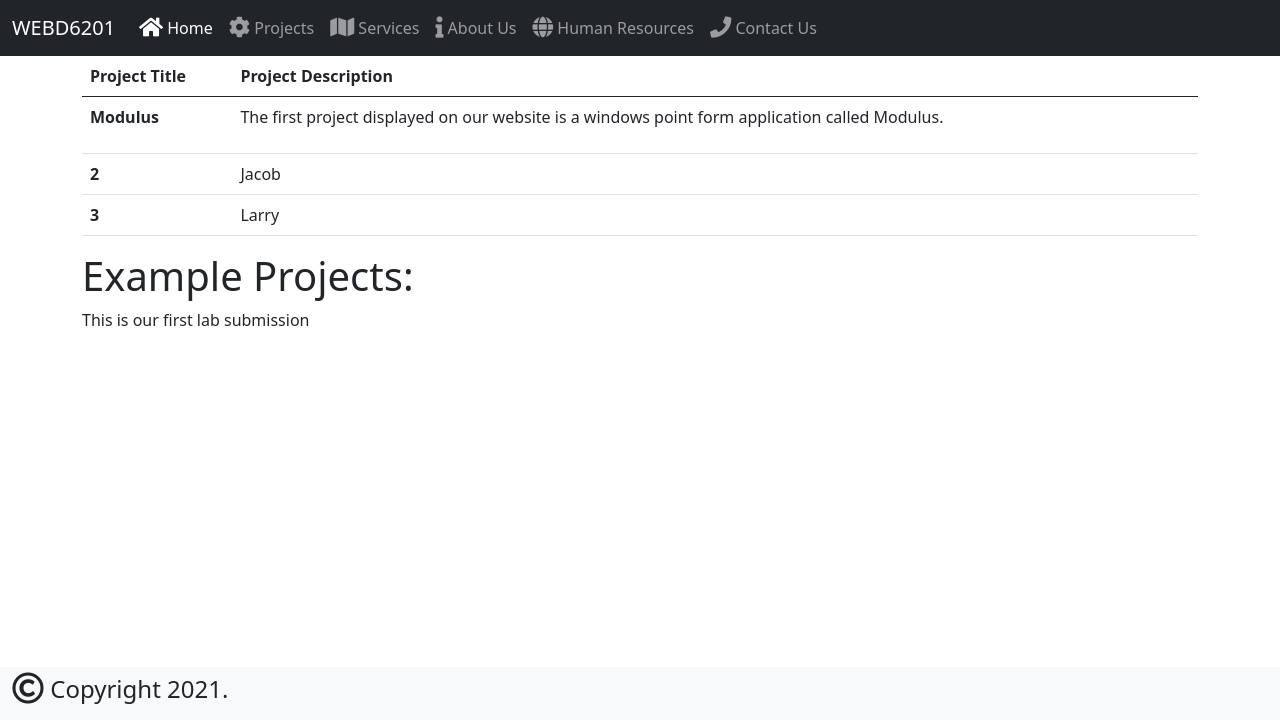
Repository: Sub4Sub/Lab_1
Page: products.html
The author's editor kept a copy of each file at every save. The page is drawn from the files as they stood at one save, then again after the next save.
The browser window is 1280 px wide. The pictures show the whole page.

Above is the page before, as saved 2021-02-05 16:01:54.

### products.html
<!DOCTYPE html>
<html lang="en">
<head>
    <meta charset="UTF-8">
    <meta name="viewport" content="width=device-width, initial-scale=1.0">
    <title>Products</title>
    <!-- CSS Section -->
    <link rel="stylesheet" href="./node_modules/bootstrap/dist/css/bootstrap.min.css">
    <link rel="stylesheet" href="./node_modules/@fortawesome/fontawesome-free/css/all.min.css">
    <link rel="stylesheet" href="./Content/app.css">
</head>
<body>
    <!-- Main Header -->

    <!-- Main Content -->
    <main class="container">
      <table class="table">
        <thead>
          <tr>
            <th scope="col">Project Title</th>
            <th scope="col">Project Description</th>
          </tr>
        </thead>
        <tbody>
          <tr>
            <th scope="row">Modulus</th>
            <td>
              <p>
                The first project displayed on our website is a windows point form application called Modulus.
              </p>
            </td>
          </tr>
          <tr>
            <th scope="row">2</th>
            <td>Jacob</td>
          </tr>
          <tr>
            <th scope="row">3</th>
            <td>Larry</td>
          </tr>
        </tbody>
      </table>
    </main>



    <!-- Script Section-->
    <script src="./node_modules/jquery/dist/jquery.min.js"></script>
    <script src="./node_modules/bootstrap/dist/js/bootstrap.bundle.min.js"></script>
    <script src="./Scripts/app.js"></script>
</body>
</html>

### Scripts/app.js
/*
* Name: Brett Tindall & Emeka Okoisama
* Student Id: 100708109 &
* Date Completed: 2021-02-05
*/

"use strict";

//IIFE - Immediately Invoked Function Expression
(function()
{

    /*
      Function that displays the home page's content
    */
    function displayHome()
    {
        let indexHeading = document.createElement("h1");

        indexHeading.setAttribute("id", "indexHeading");
        indexHeading.textContent = `Welcome to lab 1`;

        let mainContent = document.querySelector("main");
        mainContent.appendChild(indexHeading);

        let newDivTag = document.createElement("div");
        newDivTag.innerHTML =
        `<h4>By Brett Tindall and Emeka Okoisama</h4>
        <p id="paragraphThree"> This is our first lab submission </p>`;


        mainContent.append(newDivTag);


    }

    function displayProjects()
    {
        let projectHeading = document.createElement("h1");

        projectHeading.setAttribute("id", "projectHeading");
        projectHeading.textContent = `Example Projects:`;

        let mainContent = document.querySelector("main");
        mainContent.appendChild(projectHeading);

        let newDivTag = document.createElement("div");
        newDivTag.innerHTML =
        `<p id="paragraphThree"> This is our first lab submission </p>`;


        mainContent.append(newDivTag);


    }

    /*
      Function that displays the contact page's content
    */
    function displayContact()
    {
      let contactHeading = document.createElement("h1");

      contactHeading.setAttribute("id", "contactHeading");
      contactHeading.textContent = "Enter a Contact";

      let mainContent = document.querySelector("main");
      mainContent.appendChild(contactHeading);

      let newDivTag = document.createElement("div");
      newDivTag.innerHTML =
      `<div id="messageArea"></div>

      <div class="row justify-content-lg-center g-3">
        <form class="col-lg-6 col-md-10 col-sm-10">

          <div class="input-group mb-3">
            <span class="input-group-text" id="inputGroup-sizing-default">Full Name </span>
            <input id="fullName" type="text" class="form-control" aria-label="Full Name" aria-describedby="Full Name Input"
            name="fullName" required>
          </div>

          <div class="input-group mb-3">
            <span class="input-group-text" id="inputGroup-sizing-default">Contact Number</span>
            <input id="contactNumber" type="tel" class="form-control" aria-label="Contact Number" aria-describedby="Contact Number Input"
            name="contactNumber" required>
          </div>

          <div class="input-group mb-3">
            <span class="input-group-text" id="inputGroup-sizing-default">Email</span>
            <input id="emailAddress" type="email" class="form-control" aria-label="Email Address" aria-describedby="Email Address Input"
            name="emailAddress" required>
          </div>

          <button id="sendButton" type="submit" class="btn btn-primary"><i class="fas fa-envelope fa-lg"></i> Send</button>
          <button id="cancelButton" type="reset" class="btn btn-warning"><i class="fas fa-undo fa-lg"></i> Cancel</button>
        </form>
      </div>`;

      mainContent.append(newDivTag);


      let sendButton = document.getElementById("sendButton");

        sendButton.addEventListener("click", function(event){

          window.location.href = './index.html';

        });

    }

    /*
      Function that displays the fixed footer at the bottom of the page
    */
   function displayHeader()
   {
     let mainContent = document.querySelector("body");

     //let sendButton = document.getElementById("body");

     let newFooterTag = document.createElement("header");

     newFooterTag.innerHTML =
     `
     <header>
      <!-- Main Navigation -->
      <nav class="navbar navbar-expand-lg navbar-dark bg-dark">
          <div class="container-fluid">
            <a class="navbar-brand" href="index.html">WEBD6201</a>
            <button class="navbar-toggler" type="button" data-bs-toggle="collapse" data-bs-target="#navbarSupportedContent" aria-controls="navbarSupportedContent" aria-expanded="false" aria-label="Toggle navigation">
              <span class="navbar-toggler-icon"></span>
            </button>
            <div class="collapse navbar-collapse" id="navbarSupportedContent">
              <ul class="navbar-nav me-auto mb-2 mb-lg-0" id ="headerList">
                <li class="nav-item">
                  <a class="nav-link active" aria-current="page" href="index.html"><i class="fas fa-home fa-lg"></i> Home</a>
                </li>

                <li class="nav-item">
                  <a class="nav-link" id="productsLink" aria-current="page" href="products.html"><i class="fas fa-cog fa-lg"></i> Products</a>
                </li>

                <li class="nav-item">
                  <a class="nav-link" aria-current="page" href="services.html"><i class="fas fa-map fa-lg"></i> Services</a>
                </li>

                <li class="nav-item" id="aboutUsList">
                  <a class="nav-link" id="aboutUsLink" aria-current="page" href="about.html"><i class="fas fa-info fa-lg"></i> About Us</a>
                </li>

                <li class="nav-item">
                  <a class="nav-link" aria-current="page" href="contact.html"><i class="fas fa-phone fa-lg"></i> Contact Us</a>
                </li>
              </ul>
            </div>
          </div>
        </nav>
  </header>
     `

     mainContent.prepend(newFooterTag);

   }

    /*
      Function that displays the fixed footer at the bottom of the page
    */
    function displayFooter()
    {
      let mainContent = document.querySelector("main");

      let newFooterTag = document.createElement("footer");

      newFooterTag.innerHTML =
      `
      <footer>
        <nav class="navbar fixed-bottom navbar-light bg-light">
            <div class="container-fluid">
              <h4><i class="far fa-copyright fa-lg"></i> Copyright 2021.</h4>
            </div>
          </nav>
    </footer>
      `

      mainContent.append(newFooterTag);

    }

    /*
      Function that adds a button to the human resources page
    */
    function addHumanResourcesButton()
    {

      let aboutUsLink = document.getElementById("aboutUsList");

      let newListItem = document.createElement("li");

      newListItem.innerHTML =
      `
      <li class="nav-item">
        <a class="nav-link" id="HumanResourcesLink" aria-current="page" href="human-resources.html"><i class="fas fa-globe fa-lg"></i> Human Resources</a>
      </li>
      `

      aboutUsLink.after(newListItem);

    }

    /*
      Function that changes the products button's text to projects
    */
   function alterProductsButton()
   {

    let productsButton = document.getElementById("headerList").childNodes[3];

    //productsButton.textContent = "Projects";

    let newListItem = document.createElement("li");

    newListItem.innerHTML =
   `
   <li class="nav-item">
               <a class="nav-link" aria-current="page" href="products.html"><i class="fas fa-cog fa-lg"></i> Projects</a>
             </li>
   `

    productsButton.replaceChild(newListItem, productsButton.childNodes[1]);

   }

   /*
      Function that run when the page loads
    */
    function Start()
    {
        console.log("App Started...");

        displayHeader();

        alterProductsButton();

        addHumanResourcesButton();

        switch (document.title)
        {
          case "Home":
              displayHome();
            break;
          case "About":
              displayAbout();
            break;
          case "Products":
              displayProjects();
            break;
          case "Services":
              displayServices();
            break;
          case "Contact":
              displayContact();
            break;
        }

    }

    displayFooter();

    window.addEventListener("load", Start);

})();

Loaded but not shown: node_modules/bootstrap/dist/css/bootstrap.min.css (library); node_modules/@fortawesome/fontawesome-free/css/all.min.css (library); node_modules/jquery/dist/jquery.min.js (library); node_modules/bootstrap/dist/js/bootstrap.bundle.min.js (library); Content/app.css (no stored copy; drawn as an empty file)

After the next save:
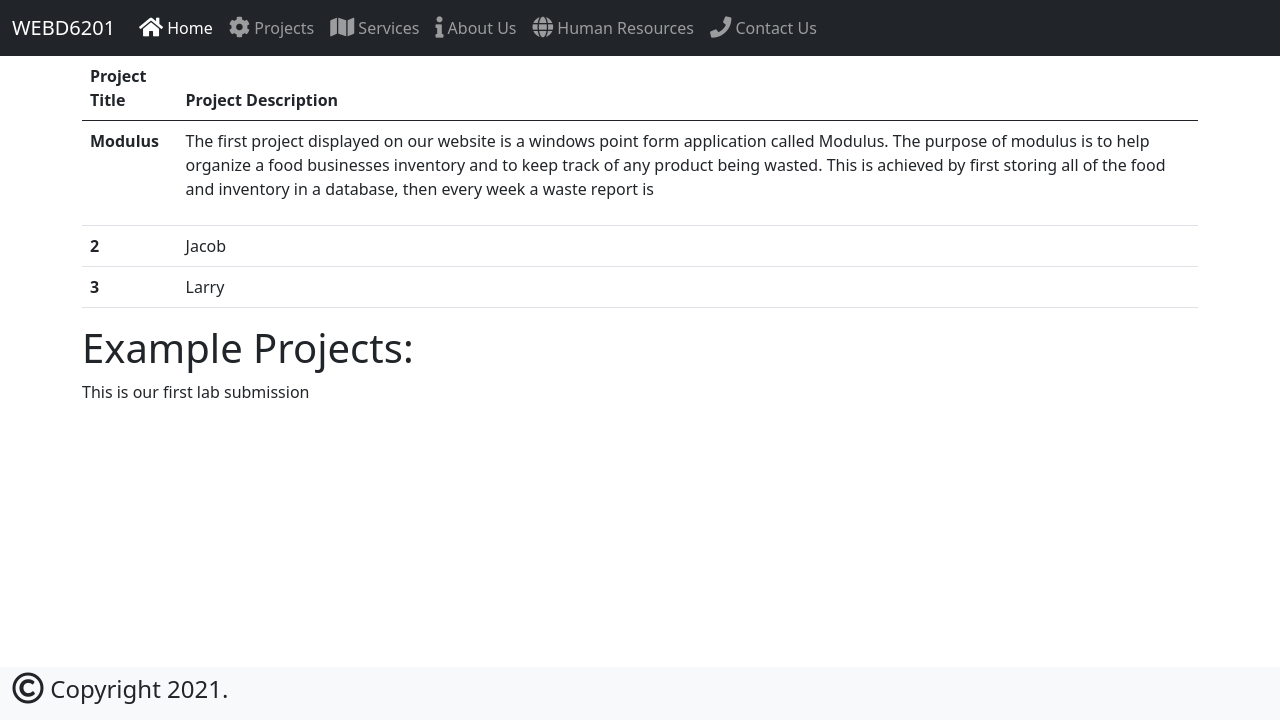
Saved 3 min 54 s later.
--- a/products.html
+++ b/products.html
@@ -26,7 +26,9 @@
             <th scope="row">Modulus</th>
             <td>
               <p>
-                The first project displayed on our website is a windows point form application called Modulus.
+                The first project displayed on our website is a windows point form application called Modulus. The purpose of modulus is to
+                help organize a food businesses inventory and to keep track of any product being wasted. This is achieved by first storing all of
+                the food and inventory in a database, then every week a waste report is
               </p>
             </td>
           </tr>
